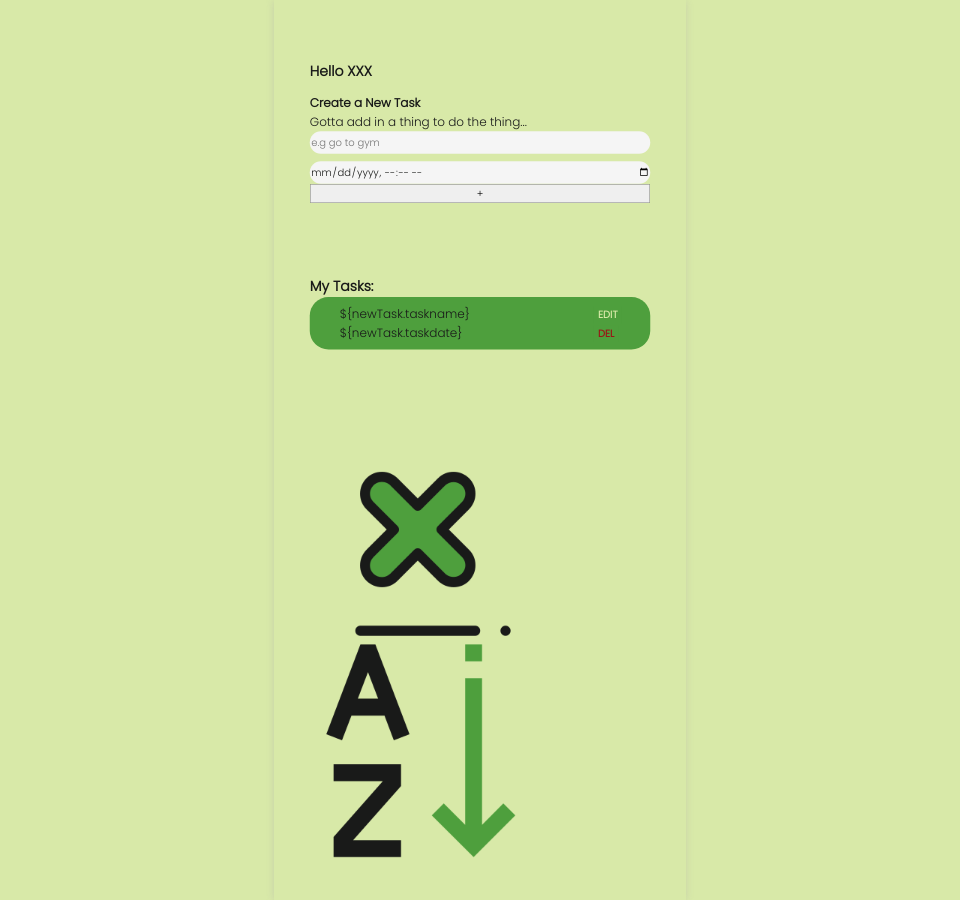
Repository: acidpixie/todo-app-version3
Page: index.html
These files come from the project's save history. The page is drawn as it stood at one moment and after the next save; the edit follows.
The browser window is 1280 px wide. The pictures show the whole page, at 75% of full size.

Above is the page before, as saved 2022-06-11 16:04:55.

### index.html
<!DOCTYPE html>
<html lang="en">
<head>
    <meta charset="UTF-8">
    <meta http-equiv="X-UA-Compatible" content="IE=edge">
    <meta name="viewport" content="width=device-width, initial-scale=1.0">
    <title>Todo Application</title>

    <link rel="stylesheet" type="text/css" href="/css/stylesheet.css">
    <script type="text/javascript" src="/js/script.js" defer></script>

    <!--google fonts - poppins-->
    <link rel="preconnect" href="https://fonts.googleapis.com">
    <link rel="preconnect" href="https://fonts.gstatic.com" crossorigin>
    <link href="https://fonts.googleapis.com/css2?family=Poppins:wght@200;300&display=swap" rel="stylesheet">


</head>
<body>

    <section>
        <header class="heading">
        <h3>Hello XXX</h3>
        </header>

        <div>
            <h4>Create a New Task</h4>
            <form>
                <label>Gotta add in a thing to do the thing...</label>
                <input type="text" class="user-input" id="input-task" placeholder="e.g go to gym">
                <p id="empty-input"></p>
                <input type="datetime-local" class="user-date" id="input-date">
                <button type="submit" class="add-new-task" id="add-new-task-button">+</button>
                </label>
            </form>
       </div>
    </section>

    <section>
        <div id="display-tasks" class="display">
            <h3>My Tasks:</h3>
            <ul class="task-item" id="task-list">
                <li class="list-item" id="list-item" data-id="${newTask.taskId}">
                    <div class="list-container">
                        <span class="list-input" id="list-input">${newTask.taskname}</span>
                        <span class="list-date-input" id="list-date-input">${newTask.taskdate}</span>
                    </div>
                    <div class="list-buttons">
                        <button class="edit-item" id="edit-item">EDIT</button>
                        <button class="delete-item" id="delete-item">DEL</button>
                    </div>
                </li>
            </ul>
        </div>
    </section>

    <section class="user-buttons" id="buttons-user">
        <img src="/images/delete.png" class="user-button" id="clear-button"></img>
        <img src="/images/sort-a-z.png" class="user-button" id="sort-button"></img>
    </section>


</body>
</html>

### css/stylesheet.css
/*color pallet
#191A19 - black
#1E5128 - dark green
#4E9F3D - light green
#D8E9A8 - whitish green gray
#f5f5f5 - white smoke
*/



* {
    box-sizing: border-box;
    font-family: "poppins", sans-serif;
    margin: 0;
}

body {
    background-color: #D8E9A8;
    color: #191A19;
    max-width: 550px;
    min-height: 100vh;
    margin: auto;
    box-shadow: 0 1px 10px 0px rgba(176, 173, 173, 0.467);
    position: relative;
}


section {
    padding: 3rem;
}

.heading {
    padding-top: 2rem;
    padding-bottom: 1rem;
}

form {
    display: flex;
    flex-direction: column;
}

input {
    height: 30px;
    border: none;
    color: #191A19;
    background-color: #f5f5f5;
    border-radius: 25px;
}

.user-date {
    margin-top: 10px;
}

li {
    display: flex;
    flex-direction: row;
    padding-left: 0;
    padding-top: 10px;
    list-style: none;
}

ul {
    height: 70px;
    background-color: #4E9F3D ;
    border-radius: 25px;
    align-items: center;
}

.edit-item {
    background-color: #4E9F3D;
    border: none;
    color: #D8E9A8;
    font-weight: 600;
    cursor: pointer;
}

.delete-item {
    background-color: #4E9F3D;
    border: none;
    color: #9a1616;
    font-weight: 600;
    cursor: pointer;
}

Loaded but not shown: js/script.js (no copy from this time; the picture is the same without it)

After the next save:
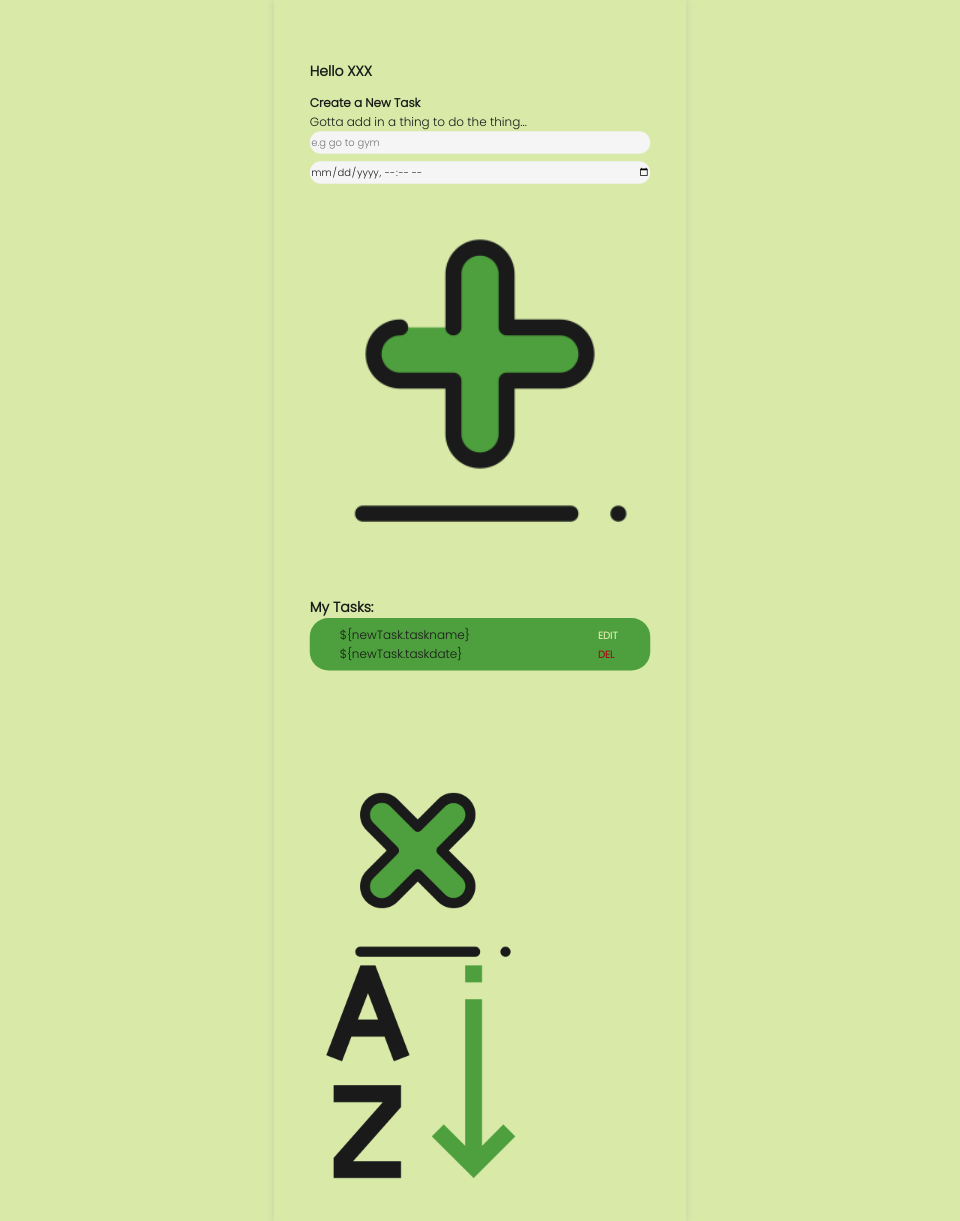
Saved 11 min 52 s later.
--- a/index.html
+++ b/index.html
@@ -30,7 +30,7 @@
                 <input type="text" class="user-input" id="input-task" placeholder="e.g go to gym">
                 <p id="empty-input"></p>
                 <input type="datetime-local" class="user-date" id="input-date">
-                <button type="submit" class="add-new-task" id="add-new-task-button">+</button>
+                <img src="/images/add.png" type="submit" class="add-new-task" id="add-new-task-button"></img>
                 </label>
             </form>
        </div>
